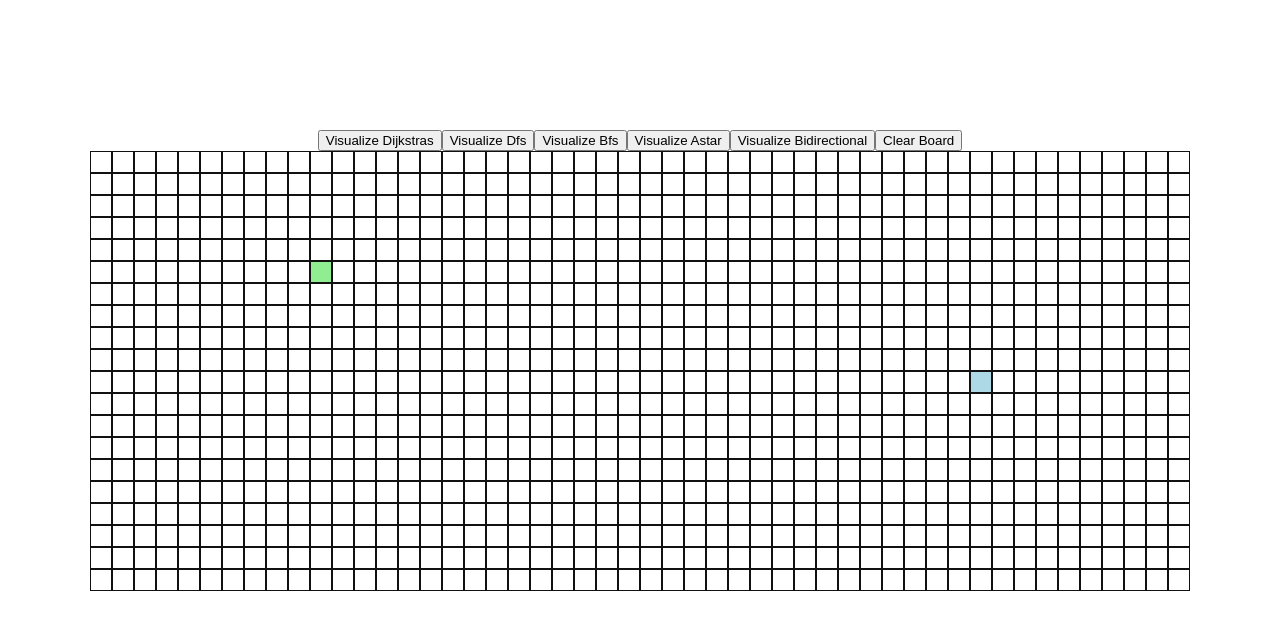
Repository: rehans-Life/Pathfinding-Visualizer
Page: /
These files come from the project's save history. The page is drawn as it stood at one moment and after the next save; the edit follows.
The browser window is 1280 px wide. The pictures show the whole page.
The project was rebuilt for these pictures with package versions that can differ from the ones it lists, and the page was loaded fresh each time. The framework's server and built-in components were replaced by stand-ins that run in the browser. Also part of the build but not shown: next.config.js.

Above is the page before, as saved 2023-03-10 10:11:56.

After the next save:
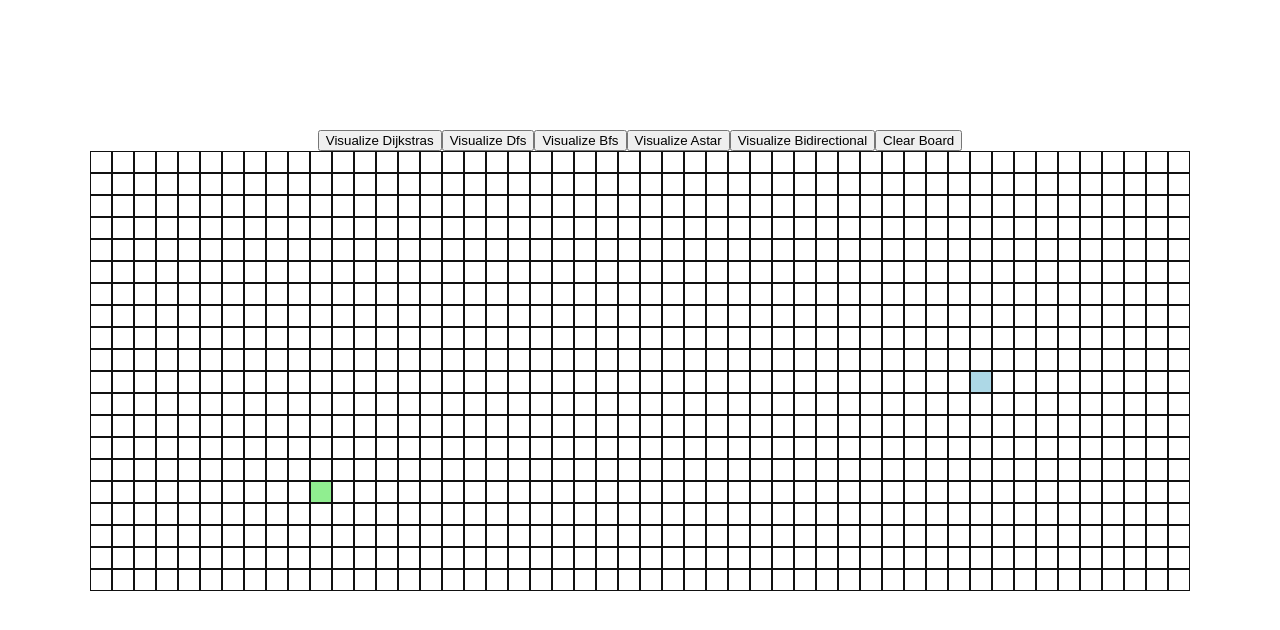
Saved 113 s later.
--- a/pages/index.js
+++ b/pages/index.js
@@ -8,7 +8,7 @@ import { visualizeBfs } from "../algorithms/bfs";
 import { visualizeAstar } from "../algorithms/aStar";
 import { visualizeBidirectional } from "../algorithms/bidirectional";
 
-export const START_ROW = 5;
+export const START_ROW = 15;
 export const START_COL = 10;
 export const END_ROW = 10;
 export const END_COL = 40;
